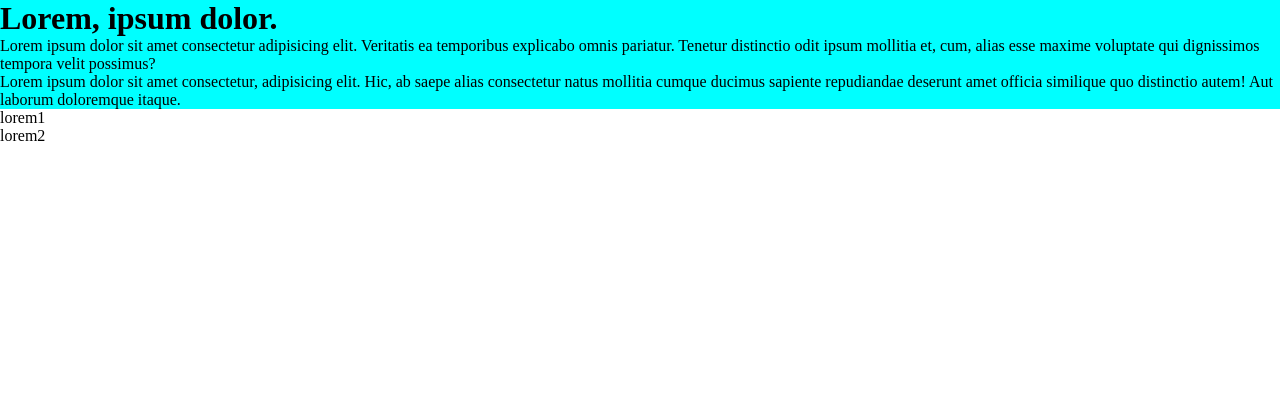
Repository: AytacSafarova/Scss-sample
Page: pages/homePage/index.html
An editor plug-in stored every save of this project. The page is shown before and after a run of saves, followed by the edit.
The browser window is 1280 px wide. The pictures show the whole page.
The style sheet was rebuilt from its Sass, Less or Tailwind sources for each picture, by a compiler version that may differ from the author's.

Above is the page before, as saved 2023-11-09 14:17:45.

### pages/homePage/index.html
<!DOCTYPE html>
<html lang="en">
  <head>
    <meta charset="UTF-8" />
    <meta name="viewport" content="width=device-width, initial-scale=1.0" />
    <title>Document</title>
    <link rel="stylesheet" href="../../assets/css/reset.css" />
    <link rel="stylesheet" href="./index.css">
  </head>
  <body>
    <div class="container">
      <div class="child">
        <h1>Lorem, ipsum dolor.</h1>
        <p>
          Lorem ipsum dolor sit amet consectetur adipisicing elit. Veritatis ea
          temporibus explicabo omnis pariatur. Tenetur distinctio odit ipsum
          mollitia et, cum, alias esse maxime voluptate qui dignissimos tempora
          velit possimus?
        </p>
      </div>
      <div class="child-1">
        <p>
          Lorem ipsum dolor sit amet consectetur, adipisicing elit. Hic, ab
          saepe alias consectetur natus mollitia cumque ducimus sapiente
          repudiandae deserunt amet officia similique quo distinctio autem! Aut
          laborum doloremque itaque.
        </p>
      </div>
    </div>
    <div class="container-1">
      <p>lorem1</p>
      <p>lorem2</p>
    </div>
  </body>
</html>

### assets/css/reset.css
*{
    margin: 0;
    padding: 0;
    box-sizing: border-box;
}
button{
    border: none;
}
li{
    list-style-type:none ;
}
a{
    text-decoration: none;
}

### pages/homePage/index.scss
.container{
    background-color: aqua;
    .child{

    }
}

After the next 3 saves:
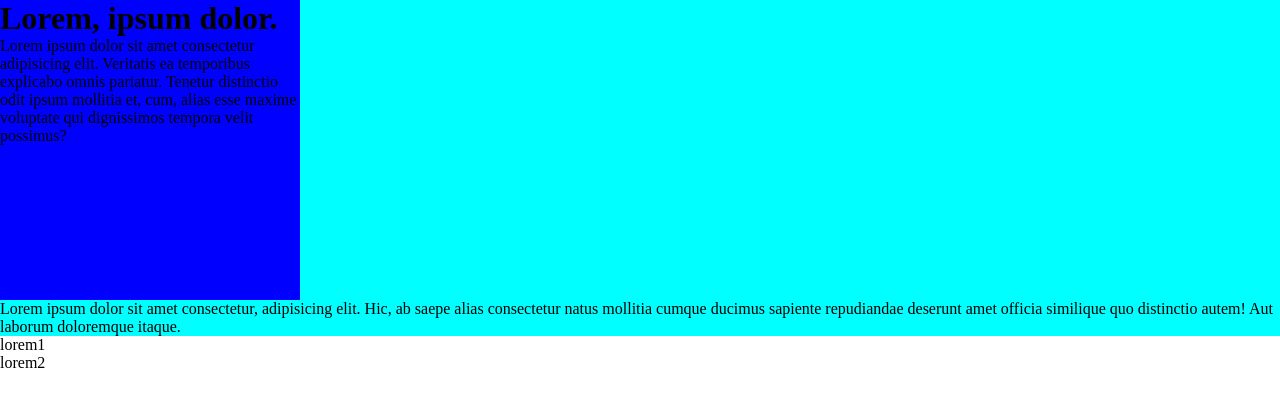
The 3 saves are shown as one change because 1 did not build or start and some came seconds apart.
The last was saved 12 s later.
--- a/pages/homePage/index.scss
+++ b/pages/homePage/index.scss
@@ -1,6 +1,8 @@
 .container{
     background-color: aqua;
     .child{
-
+width: 300px;
+height: 300px;
+background-color: blue;
     }
 }
